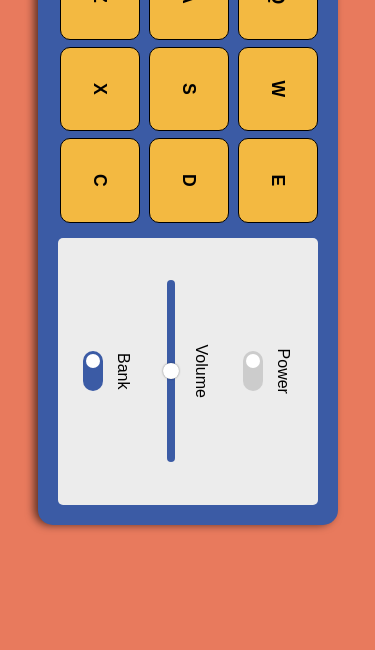
Repository: alfredoleano/drum-machine
Page: /
The author's editor kept a copy of each file at every save. The page is drawn from the files as they stood at one save, then again after the next save.
The browser window is 375 px wide. The pictures show the whole page.
The project was rebuilt for these pictures with package versions that can differ from the ones it lists, and the page was loaded fresh each time.

Above is the page before, as saved 2024-06-14 13:23:21.

### src/App.js
import { useCallback, useEffect, useState } from 'react';
import './App.css';
import './styles.scss';

function App() {
  const bank1 = {
    Q: 'sounds/Heater-1.mp3',
    W: 'sounds/Heater-2.mp3',
    E: 'sounds/Heater-3.mp3',
    A: 'sounds/Heater-4_1.mp3',
    S: 'sounds/Heater-6.mp3',
    D: 'sounds/Dsc_Oh.mp3',
    Z: 'sounds/Kick_n_Hat.mp3',
    X: 'sounds/RP4_KICK_1.mp3',
    C: 'sounds/Cev_H2.mp3'
  };

  const bank2 = {
    Q: 'sounds/piano.mp3',
    W: 'sounds/jazz.wav',
    E: 'sounds/bangu.wav',
    A: 'sounds/num.wav',
    S: 'sounds/stroke.wav',
    D: 'sounds/cymbals.wav',
    Z: 'sounds/tom.wav',
    X: 'sounds/kick.wav',
    C: 'sounds/snare.wav'
  };

  const [volume, setVolume] = useState(50); // initial sound value
  const [power, setPower] = useState(false); //initial power volume
  const [bank, setBank] = useState(bank1); // initial bank value
  const [isBank1, setIsBank1] = useState(true); // initial bank toggle state

  // Function to change volume
  const changeVolume = (event) => {
    setVolume(event.target.value); // Update the state with current value of the volume slider
  };

  // Function to toggle power
  const togglePower = () => {
    setPower(!power);
  };

  // Function to switch Banks
  const toggleBank = () => {
    setBank(isBank1 ? bank2 : bank1);
    setIsBank1(!isBank1);
  }

  // Function to play sound
  const playSound = useCallback((id) => {
    if(!power) return; // Check if the power is on
    const audio = new Audio(bank[id]);
    audio.volume = volume / 100; // initial sound volume
    audio.currentTime = 0; // Set audio to beginning
    audio.play();
  }, [power, volume, bank]);

  // Use useEffect to add event listener for keydown events
  useEffect(() => {
    // Make the approptiate key play the approptiate sound
    const handleKeydown = (event) => {
      const key = event.key.toUpperCase();
      if(['Q', 'W', 'E', 'A', 'S', 'D', 'Z', 'X', 'C'].includes(key)) {
        playSound(key);

        // Add active class to the button
        const button = document.getElementById(`button-${key}`);
        if(button) {
          button.classList.add('active');
        }
      }
    };

    const handleKeyup = (event) => {
      const key = event.key.toUpperCase();
      if (['Q', 'W', 'E', 'A', 'S', 'D', 'Z', 'X', 'C'].includes(key)) {
        // Remove active class from the button
        const button = document.getElementById(`button-${key}`);
        if (button) {
          button.classList.remove('active');
        }
      }
    };

    // Add keydown event listener
    window.addEventListener('keydown', handleKeydown);
    window.addEventListener('keyup', handleKeyup);

    // Cleanup event listener on component unmount
    return () => {
      window.removeEventListener('keydown', handleKeydown);
      window.removeEventListener('keyup', handleKeyup);
    };
  }, [playSound]);

  return (
    <div className="App">
      <div id='drum-machine'>
        <div id='display'>
          <div className='buttons-grid'>
            <button id="button-Q" onClick={() => playSound('Q')}>Q</button>
            <button id="button-W" onClick={() => playSound('W')}>W</button>
            <button id="button-E" onClick={() => playSound('E')}>E</button>
            <button id="button-A" onClick={() => playSound('A')}>A</button>
            <button id="button-S" onClick={() => playSound('S')}>S</button>
            <button id="button-D" onClick={() => playSound('D')}>D</button>
            <button id="button-Z" onClick={() => playSound('Z')}>Z</button>
            <button id="button-X" onClick={() => playSound('X')}>X</button>
            <button id="button-C" onClick={() => playSound('C')}>C</button>
          </div>

          <div className='controls'>
            <div className='settings'>
              <label>Power</label>
              {/* Rounded switch */}
              <label className="switch">
                <input type="checkbox" checked={power} onChange={togglePower}/>
                <span className="slider round"></span>
              </label>
            </div>

            <div className='settings'>
              <label>Volume</label>
              <input
                type='range'
                min={0}
                max={100}
                value={volume}
                onChange={changeVolume}
                className='blue'
              />
            </div>

            <div className='settings'>
              <label>Bank</label>
              <label className="switch">
                <input type="checkbox" checked={!isBank1} onChange={toggleBank}/>
                <span className="slider bank"></span>
              </label>
            </div>
          </div>
        </div>
      </div>
    </div>
  );
}

export default App;

### src/styles.scss
$primary-color: #E87A5D;
$secondary-color: #F3B941;
$tertiary-color: #3B5BA5;

/* Apply box-sizing: border-box globally */
*,
*::before,
*::after {
  box-sizing: border-box;
}

body {
  box-sizing: border-box;
  font-family: Arial, sans-serif;
  background-color: $primary-color;
  margin: 0;
  padding: 0;
  height: 100vh;
  // display: flex;
  // align-items: center;
  // justify-content: center;
}

#drum-machine {
  width: 100vw;
  height: 100vh;
  display: flex;
  align-items: center;
  justify-content: center;
  // background-color: greenyellow;
}

#display {
  background-color: $tertiary-color;
  width: 85%;
  max-width: 590px;
  margin: 30px auto;
  padding: 20px;
  border-radius: 15px;
  box-shadow: 0 4px 8px rgba(0, 0, 0, 0.6); /* Subtle shadow */
  display: grid;
  grid-template-columns: 1fr 1fr;
  grid-auto-columns: min-content;
  gap: 15px;
}

.buttons-grid {
  display: grid;
  grid-template-columns: repeat(3, 1fr);
  grid-template-rows: repeat(3, 1fr);
  gap: 7px;
  width: 100%;
}

.buttons-grid button {
  width: 100%px;
  height: 80px;
  // width: 100%;
  // height: 100%;
  border-radius: 10px;
  border: 1px solid #000;
  // border: none;
  font-weight: 800;
  font-size: 1.1rem;
  cursor: pointer;
  outline: none;
  background-color: #F3B941;
}

.buttons-grid button:active {
  background-color: #f1c979;
}

// For keydown event
.buttons-grid button.active {
  background-color: #f1c979;
}

.controls {
  padding: 10px;
  width: 100%;
  display: flex;
  align-items: center;
  justify-content: center;
  flex-direction: column;
  border-radius: 5px;
  background-color: #ececec;
}

.settings {
  display: flex;
  flex-direction: column;
  justify-content: space-around;
  align-items: center;
  padding: 10px;
  height: 35%;
  width: 100%;
}


/********************* Rounded switch styling ***********************/

/* The switch - the box around the slider */
.switch {
  position: relative;
  display: inline-block;
  width: 40px;
  height: 20px;
  // margin-top: 5px;
}

/* Hide default HTML checkbox */
.switch input {
  opacity: 0;
  width: 0;
  height: 0;
}

/* The slider */
.slider {
  position: absolute;
  cursor: pointer;
  top: 0;
  left: 0;
  right: 0;
  bottom: 0;
  background-color: #ccc;
  -webkit-transition: .4s;
  transition: .4s;
  border-radius: 25px;
}

.slider.bank {
  background: $tertiary-color;
}

.slider:before {
  position: absolute;
  content: "";
  height: 14px;
  width: 14px;
  left: 3px;
  bottom: 3px;
  background-color: white;
  -webkit-transition: .4s;
  transition: .4s;
  border-radius: 50%;
}

input:checked + .slider {
  background-color: $tertiary-color;
}

input:focus + .slider {
  box-shadow: 0 0 1px $tertiary-color;
}

input:checked + .slider:before {
  -webkit-transform: translateX(20px);
  -ms-transform: translateX(20px);
  transform: translateX(20px);
}

/* Rounded sliders */
.slider.round {
  border-radius: 34px;
}

.slider.round:before {
  border-radius: 50%;
}


/********************* Volume slider styling ***********************/
/* Style the range input */
input[type="range"] {
  appearance: none; /* Standard property */
  -webkit-appearance: none; /* WebKit browsers (Chrome, Safari, iOS) */
  -moz-appearance: none; /* Firefox */
  -ms-appearance: none; /* Internet Explorer and Edge */
  width: 80%;
  height: 8px; /* Adjust height as needed */
  background: $tertiary-color; /* Track color */
  border-radius: 5px;
  outline: none;
  opacity: 1;
  transition: opacity .2s;
}

/* Style the thumb for WebKit browsers (e.g., Chrome, Safari) */
input[type="range"]::-webkit-slider-thumb {
  -webkit-appearance: none; /* Remove default styling */
  appearance: none;
  width: 16px; /* Adjust thumb width as needed */
  height: 16px; /* Adjust thumb height as needed */
  background: #ffffff; /* Thumb color */
  border-radius: 50%; /* Make thumb round */
  cursor: pointer;
  box-shadow: 0 0 2px rgba(0, 0, 0, 0.5);
}


/* Style the thumb for Firefox */
input[type="range"]::-moz-range-thumb {
  -moz-appearance: none; /* Remove default styling */
  appearance: none; /* Standard property */
  width: 16px; /* Adjust thumb width as needed */
  height: 16px; /* Adjust thumb height as needed */
  background: #ffffff; /* Thumb color */
  border-radius: 50%; /* Make thumb round */
  cursor: pointer;
  box-shadow: 0 0 2px rgba(0, 0, 0, 0.5);
}

/* Style the thumb for Internet Explorer */
input[type="range"]::-ms-thumb {
  -ms-appearance: none; /* Remove default styling */
  appearance: none; /* Standard property */
  width: 16px; /* Adjust thumb width as needed */
  height: 16px; /* Adjust thumb height as needed */
  background: #ffffff; /* Thumb color */
  border-radius: 50%; /* Make thumb round */
  cursor: pointer;
  box-shadow: 0 0 2px rgba(0, 0, 0, 0.5);
}

/* Style the track for Internet Explorer */
input[type="range"]::-ms-track {
  width: 75%;
  height: 8px; /* Adjust height as needed */
  background: $tertiary-color; /* Track color */
  border-color: transparent;
  color: transparent;
  border-radius: 5px;
}

/******************** Mobile Design **********************/
@media screen and (max-width: 490px) {
  // body {
  //   display: flex;
  //   justify-content: center;
  //   align-items: center;
  // }

  // #drum-machine {
  //   height: 100vh;
  //   width: 100vw;
  //   // background-color: pink;
  // }

  // #display {
  //   width: 700px;
  //   height: 85vw;
  //   transform: rotate(90deg);
  //   transform-origin: center;
  // }

  body {
    display: flex;
    justify-content: center;
    align-items: center;
    overflow: scroll; /* Prevents scrollbars from appearing */
  }

  #drum-machine {
    height: 100vh;
    width: 100vw;
    position: relative; /* Allows child absolute positioning */
    // background-color: pink;
  }

  #display {
    position: absolute;
    width: 85vh; /* Adjusted width to fit within viewport height when rotated */
    height: 80vw; /* Adjusted height to fit within viewport width when rotated */
    left: 50%; /* Centers the element horizontally */
    top: 25%;  /* Centers the element vertically */
    transform: translate(-50%, -50%) rotate(90deg); /* Adjusts positioning and rotates */
    transform-origin: center center;
  }
}

Loaded but not shown: public/index.html (common file); src/index.js (common file); src/index.css (common file); src/reportWebVitals.js (common file); src/App.css (common file)

After the next save:
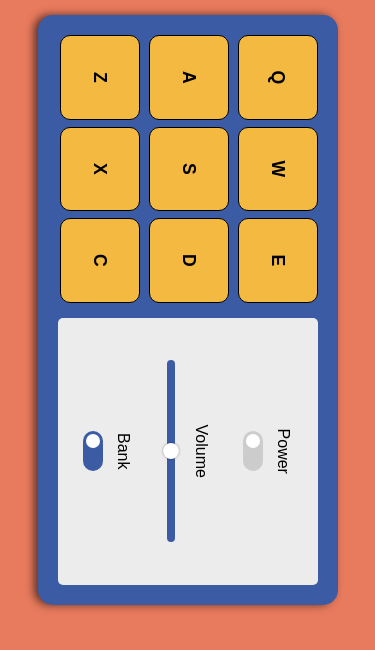
Saved 8 s later.
--- a/src/styles.scss
+++ b/src/styles.scss
@@ -274,7 +274,7 @@ input[type="range"]::-ms-track {
     width: 85vh; /* Adjusted width to fit within viewport height when rotated */
     height: 80vw; /* Adjusted height to fit within viewport width when rotated */
     left: 50%; /* Centers the element horizontally */
-    top: 25%;  /* Centers the element vertically */
+    top: 35%;  /* Centers the element vertically */
     transform: translate(-50%, -50%) rotate(90deg); /* Adjusts positioning and rotates */
     transform-origin: center center;
   }
